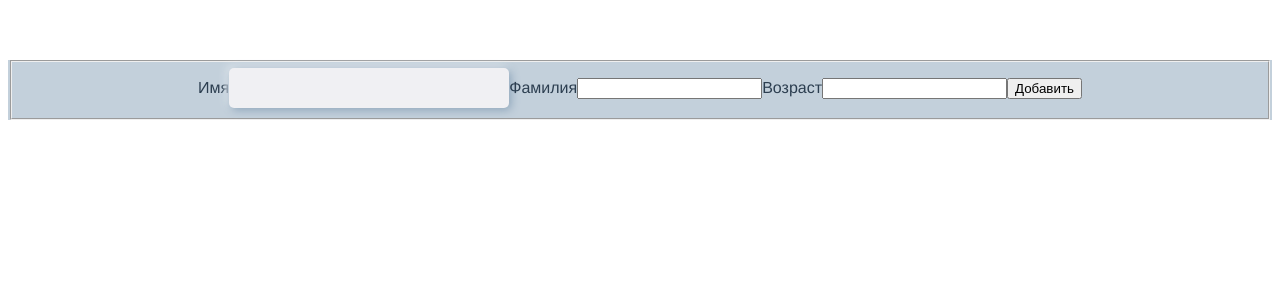
Repository: shum89/test-vue-table
Page: /
An editor plug-in stored every save of this project. The page is shown before and after the next save, followed by the edit.
The browser window is 1280 px wide. The pictures show the whole page.
The project was rebuilt for these pictures with package versions that can differ from the ones it lists, and the page was loaded fresh each time. Also part of the build but not shown: vue.config.js.

Above is the page before, as saved 2021-07-18 14:13:47.

### src/App.vue
<template>
  <Form @submit="addData" />
  <Table @remove="removeData" :list="list" />
</template>
<script>
import { uuid } from 'vue-uuid';
import { ref } from 'vue';
import Form from './components/Form.vue';
import Table from './components/Table.vue';

export default {
  components: { Form, Table },
  setup() {
    const list = ref([]);

    const normalizeString = (str) => {
      const result = str.charAt(0).toUpperCase() + str.slice(1).toLowerCase();
      return result;
    };

    const addData = (person) => {
      list.value.push({
        firstName: normalizeString(person.firstName),
        lastName: normalizeString(person.lastName),
        age: person.age,
        id: uuid.v1(),
      });
    };

    const removeData = (id) => {
      list.value = list.value.filter((i) => i.id !== id);
    };

    return {
      list,
      addData,
      removeData,
    };
  },
};
</script>
<script></script>

<style>
body {
  --base: #090e10;
  --base1: #ebeff3;
  --base2: #c3d0db;
  --base3: #88a1b7;
  --baseDark1: #396387;
  --baseDark2: #204566;
  --baseDark3: #152e44;
  --input-shadow: 2px 2px 9px var(--base3), -2px -2px 9px var(--base1);
  --input-shadow-active: inset 2px 2px 6px var(--base3), inset -2px -2px 6px var(--base1),
    1px 1px 6px var(--base3), -1px -1px 6px var(--base1);
}
#app {
  font-family: Avenir, Helvetica, Arial, sans-serif;
  -webkit-font-smoothing: antialiased;
  -moz-osx-font-smoothing: grayscale;
  text-align: center;
  color: #2c3e50;
  margin-top: 60px;
  background: var(--base2);
  box-sizing: border-box;
}
.table__row-group {
  display: flex;
  align-items: center;
  flex-direction: column;
}
.table__row {
  display: grid;
  gap: 5px;
  grid-template-columns: repeat(3, 1fr);
  justify-content: center;
  max-width: 500px;
  width: 100%;
}
</style>

### src/components/Form.vue
<template>
  <form @submit.prevent="onSubmit">
    <fieldset>
      <label for="firstName">
        <span>Имя</span>
        <input class="form__input" v-model="person.firstName" type="text" id="firstName" />
      </label>

      <label for="lastName">
        <span>Фамилия</span>
        <input v-model="person.lastName" type="text" id="lastName" />
      </label>
      <label for="age">
        <span>Возраст</span>
        <input v-model="person.age" type="number" id="age" />
      </label>
      <button type="submit">Добавить</button>
    </fieldset>
  </form>
</template>

<script>
import { reactive } from 'vue';

export default {
  setup(_, { emit }) {
    const person = reactive({
      firstName: '',
      lastName: '',
      age: '',
    });
    const onSubmit = () => {
      emit('submit', person);
    };

    return { onSubmit, person };
  },

  name: 'Form',
  inheritAttrs: false,
};
</script>

<style scoped>
.form__input {
  border: none;
  appearance: none;
  width: 100%;
  max-width: 250px;
  border-radius: 10px;
  font-size: 15px;
  line-height: 20px;
  min-height: 20px;
  padding: 10px 15px;
  background: #f0f0f3;
  box-shadow: var(--input-shadow);
  border-radius: 5px;
  border-color: transparent;
}
.form__input:focus-within {
  box-shadow: var(--input-shadow-active);
  outline: 0;
}
</style>

### src/components/Table.vue
<template>
  <div v-if="list.length > 0" class="table" role="grid" aria-colcount="3">
    <div class="table__row-group" role="rowgroup">
      <div class="table__row" role="row">
        <span role="columnheader" aria-colindex="1">First Name</span>
        <span role="columnheader" aria-colindex="2">Last Name</span>
        <span role="columnheader" aria-colindex="3">Age</span>
      </div>
    </div>
    <div class="table__row-group" role="rowgroup">
      <div class="table__row" v-for="listItems in list" :key="listItems.id" role="row">
        <div aria-colindex="1" role="gridcell">
          <span> {{ listItems.firstName }}</span>
        </div>
        <div aria-colindex="2" role="gridcell">
          <span> {{ listItems.lastName }}</span>
        </div>
        <div aria-colindex="3" role="gridcell">
          <span>{{ listItems.age }}</span>
        </div>
        <button @click="removeData(listItems.id)">X</button>
      </div>
    </div>
  </div>
</template>

<script>
export default {
  props: {
    list: Array,
  },
  setup(_, { emit }) {
    const removeData = (id) => {
      emit('remove', id);
    };
    return { removeData };
  },
  name: 'Table',
};
</script>

<style></style>

Loaded but not shown: public/index.html (common file); src/main.js (common file)

After the next save:
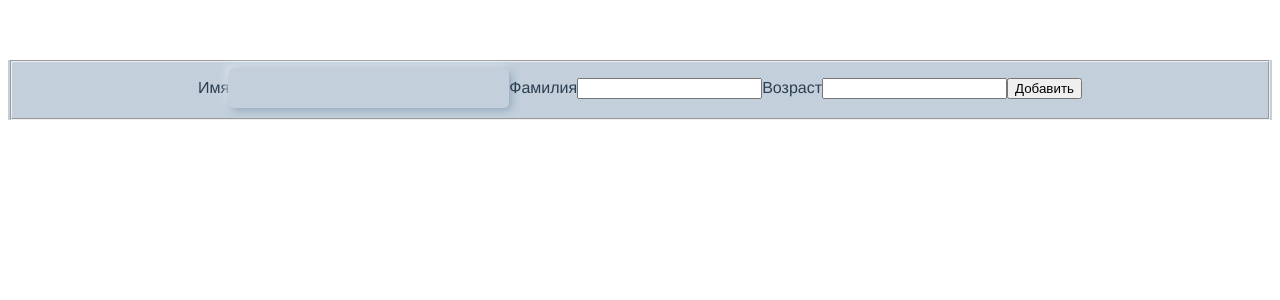
Saved 20 s later.
--- a/src/components/Form.vue
+++ b/src/components/Form.vue
@@ -52,13 +52,14 @@ export default {
   line-height: 20px;
   min-height: 20px;
   padding: 10px 15px;
-  background: #f0f0f3;
+  background: var(--base2);
   box-shadow: var(--input-shadow);
   border-radius: 5px;
   border-color: transparent;
 }
 .form__input:focus-within {
   box-shadow: var(--input-shadow-active);
+  border: var(--baseDark3);
   outline: 0;
 }
 </style>
